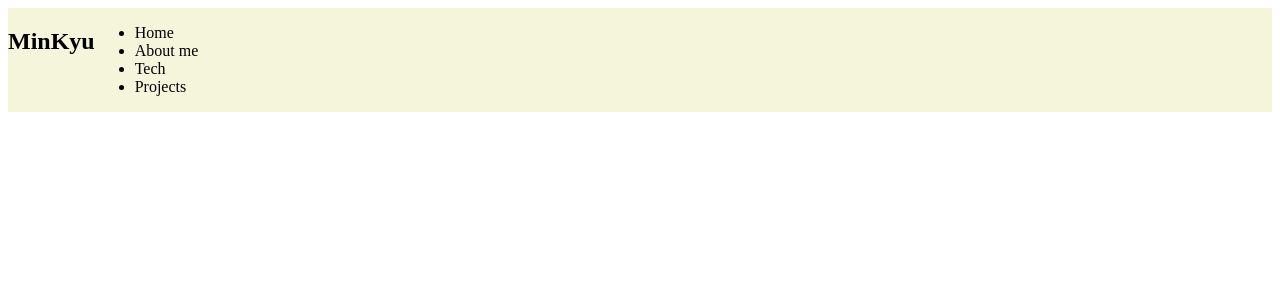
Repository: alsrb0504/portfolio-blog
Page: /
An editor plug-in stored every save of this project. The page is shown before and after the next save, followed by the edit.
The browser window is 1280 px wide. The pictures show the whole page.
The project was rebuilt for these pictures with package versions that can differ from the ones it lists, and the page was loaded fresh each time. Also part of the build but not shown: src/app.module.css.

Above is the page before, as saved 2021-07-12 15:41:25.

After the next save:
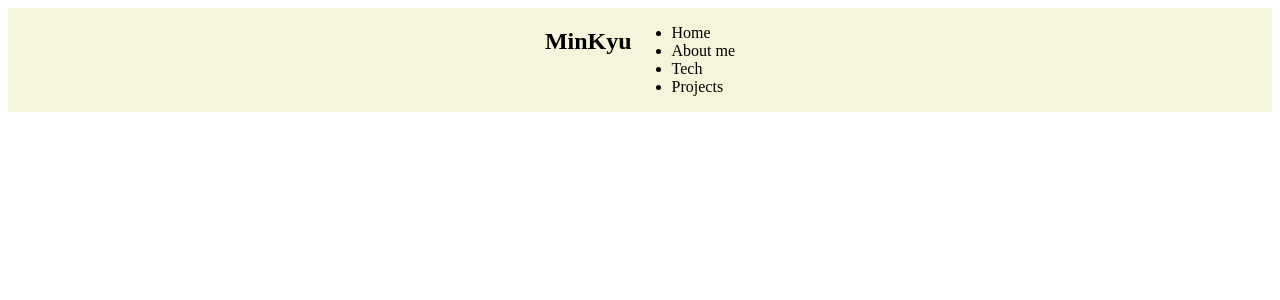
Saved 10 s later.
--- a/src/components/header/header.module.css
+++ b/src/components/header/header.module.css
@@ -1,7 +1,8 @@
 .header {
   background-color: beige;
+  width: 100%;
   display: flex;
-  width: 100%;
+  justify-content: center;
 }
 
 .title {
